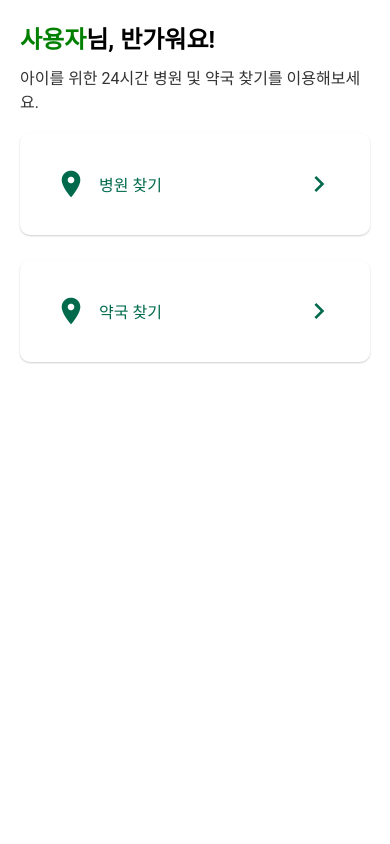
Repository: Sesac-icare/FrontEndiCare
Screen: / (app in iCare/)
An editor plug-in stored every save of this project. The screen is shown before and after the next save, followed by the edit.
The app was drawn by React Native's web renderer in a window 390 px wide. The project was rebuilt for these pictures with package versions that can differ from the ones it lists, and the page was loaded fresh each time. Some packages were replaced by stand-ins written for this rebuild.

Above is the screen before, as saved 2025-02-04 16:07:38.

After the next save:
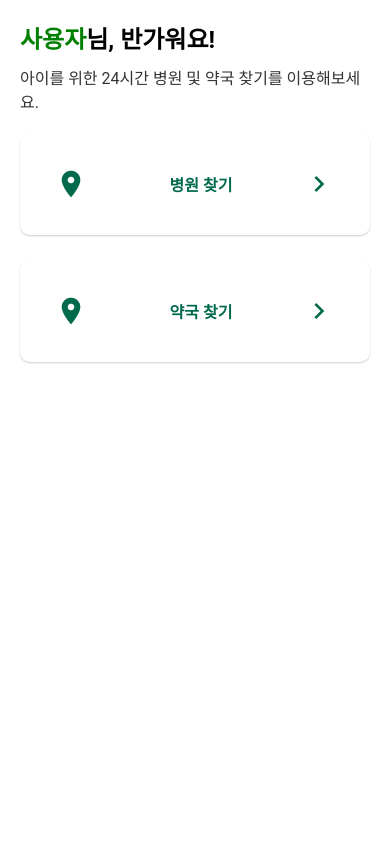
Saved 19 s later.
--- a/iCare/App.js
+++ b/iCare/App.js
@@ -203,7 +203,8 @@ const styles = StyleSheet.create({
   },
   buttonContent: {
     flexDirection: "row",
-    alignItems: "center"
+    alignItems: "center",
+    justifyContent: "center"
   },
   buttonIcon: {
     fontSize: 32,
@@ -216,6 +217,9 @@ const styles = StyleSheet.create({
   buttonText: {
     fontSize: 16,
     color: "#016a4c",
-    fontFamily: "NotoSansKR"
+    fontFamily: "NotoSansKR",
+    fontWeight: "bold",
+    flex: 1,
+    textAlign: "center"
   }
 });
